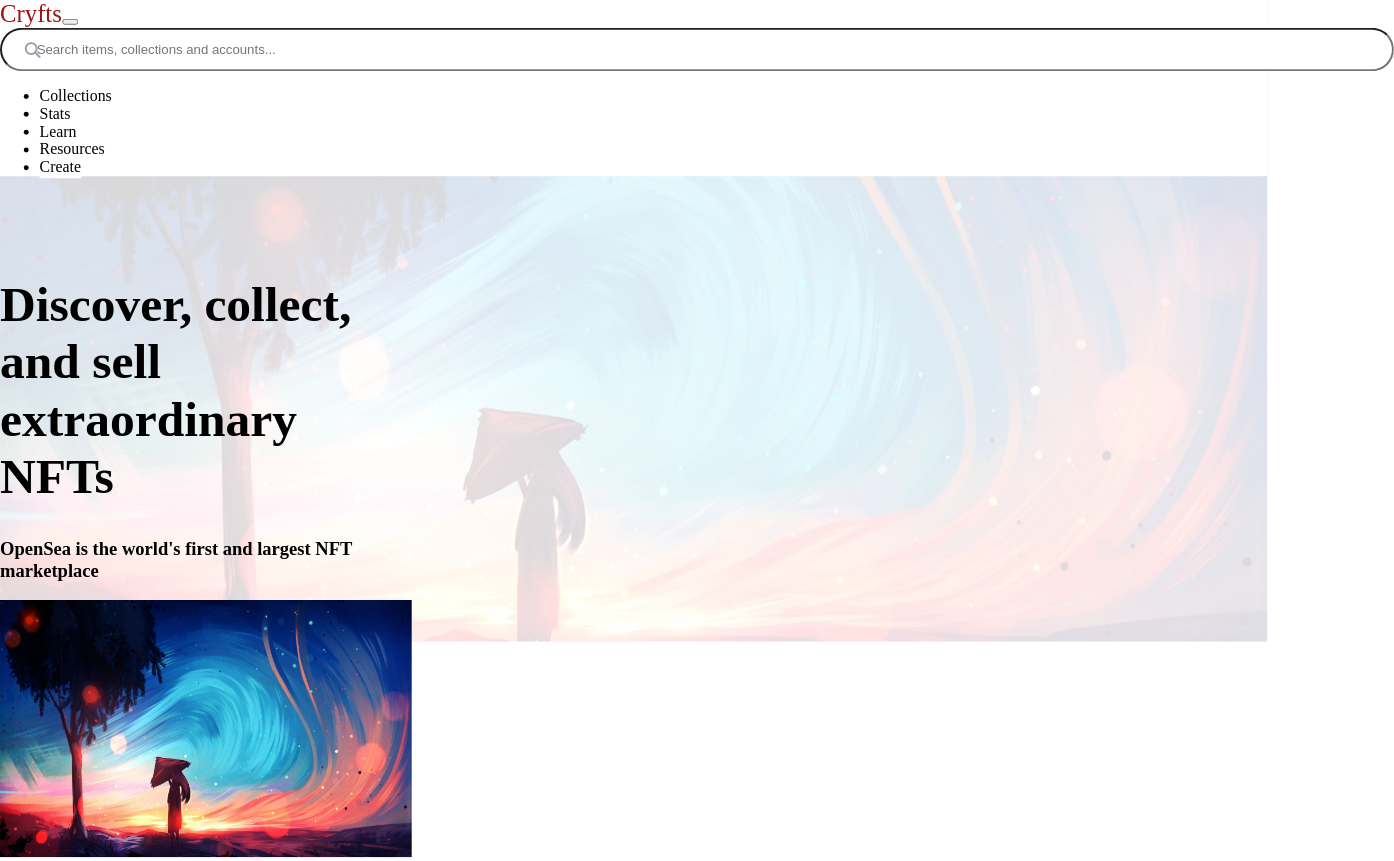
Repository: Huzaifa-2609/opensea_project
Page: /
These files come from the project's save history. The page is drawn as it stood at one moment and after the next save; the edit follows.
The browser window is 1280 px wide. The page is 1408 px wide, so the pictures cover 1408 px, including what lies to the right of the window. The pictures show the whole page, at 99% of full size.
Some web libraries are served in a nearby version. The project was rebuilt for these pictures with package versions that can differ from the ones it lists, and the page was loaded fresh each time. The framework's server and built-in components were replaced by stand-ins that run in the browser. Also part of the build but not shown: next.config.js, styles/Home.module.css.

Above is the page before, as saved 2022-07-09 18:48:56.

After the next save:
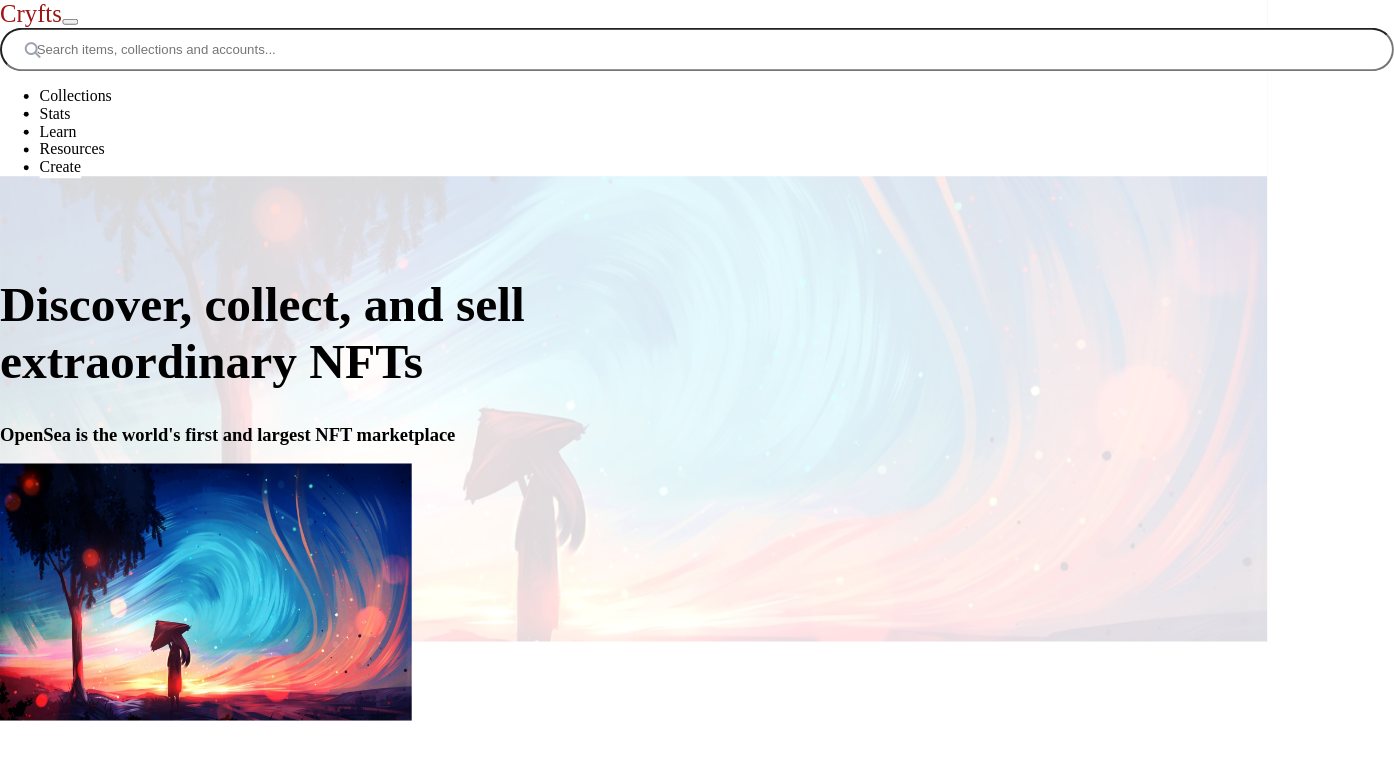
Saved 40 s later.
--- a/components/Hero.js
+++ b/components/Hero.js
@@ -11,7 +11,7 @@
   return (
     <>
       <div className="container d-flex justify-content-between bg align-items-center " style={style}>
-        <div className="card mb-3 border-0 bg-transparent" style={{ width: "26rem"}}>
+        <div className="card mb-3 border-0 bg-transparent" style={{ width: "34rem"}}>
           <div className="card-body">
             <h1 className="card-title " style={{fontSize:"50px"}}>Discover, collect, and sell extraordinary NFTs</h1>
             <h3 className="card-subtitle text-muted mt-3 fs-2" >
